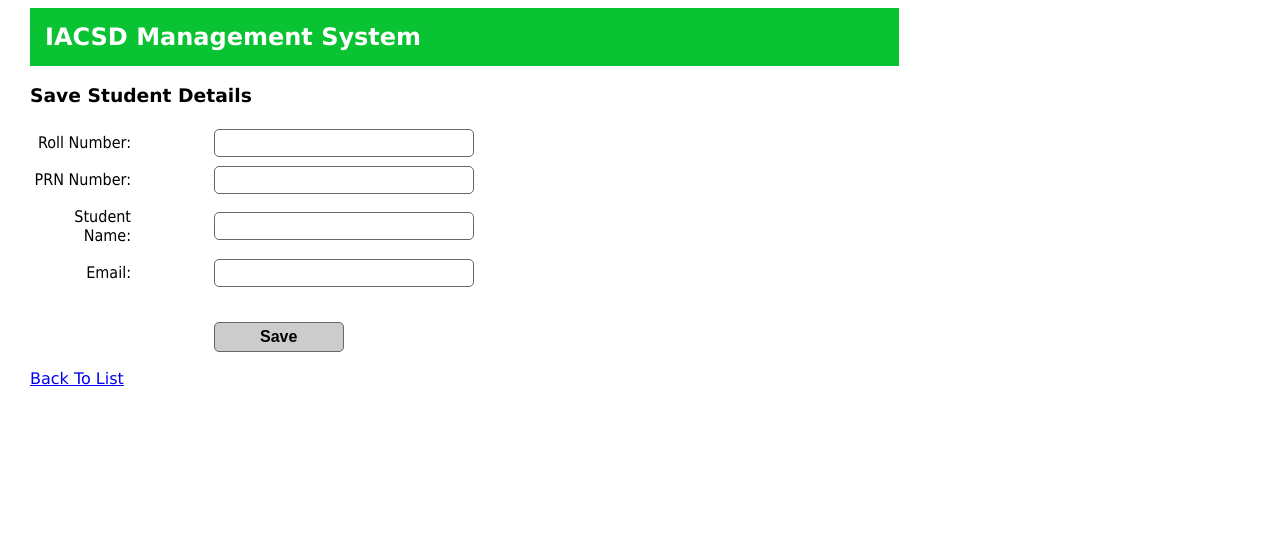
Repository: vsc8791/IMS
Page: http://localhost/web-customer-tracker/WEB-INF/view/student-form.jsp
An editor plug-in stored every save of this project. The page is shown before and after the next save, followed by the edit.
The browser window is 1280 px wide. The pictures show the whole page.
The page is served by Tomcat 9. Nobody is signed in. Other server files are loaded and not shown. The template is opened directly, without the code that normally fills it, so the values that code supplies are empty.

Above is the page before, as saved 2018-07-25 08:25:22.

### web-customer-tracker/WebContent/WEB-INF/view/student-form.jsp
 <%@ taglib prefix="form" uri="http://www.springframework.org/tags/form"%>
<!DOCTYPE html>
<html>
<head>

<title>Save Student</title>
<link type="text/css" rel="stylesheet"
	href="${pageContext.request.contextPath}/resources/css/style.css">

<title>Save Student</title>
<link type="text/css" rel="stylesheet"
	href="${pageContext.request.contextPath}/resources/css/add-customer-style.css">
</head>
<body>
	<div id="wrapper">
		<div id="header">
			<h2>IACSD Management System</h2>
		</div>
	</div>
	<div>
		<h3>Save Student Details</h3>
		<form:form action="saveStudent" modelAttribute="Student"
			method="POST">
			<!-- need to associate this data with Student Id -->
			<form:hidden path="id"/>

			<table>
				<tbody>
				<tr>
						<td><label>Roll Number:</label></td>
						<td><form:input path="roll_number" /></td>
					</tr>

					<tr>
						<td><label>PRN Number:</label></td>
						<td><form:input path="prn_number" /></td>
					</tr>
					<tr>
						<td><label>Student Name:</label></td>
						<td><form:input path="studentName" /></td>
					</tr>
					<tr>
						<td><label>Email:</label></td>
						<td><form:input path="email" /></td>
					</tr>
					<tr>
						<td><label></label></td>
						<td><input type="submit" value="Save" class="save" /></td>
					</tr>
				</tbody>
			</table>
		</form:form>
		<div style="clear;both;"></div>
		<p><a href="${pageContext.request.contextPath}/Student/list">Back To List</a></p>
	</div>

</body>


</html>

### web-customer-tracker/WebContent/resources/css/style.css
html, body{
	margin-left:15px; margin-right:15px;
	padding:0px;
	font-family:Verdana, Arial, Helvetica, sans-serif;
}

table {
	border-collapse:collapse;
	border-bottom:1px solid gray;
	font-family: Tahoma,Verdana,Segoe,sans-serif;
	width:72%;
}

th {
	border-bottom:1px solid gray;
	background:none repeat scroll 0 0 #09c332;
	padding:10px;
	color: #FFFFFF;
}

tr {
	border-top:1px solid gray;
	text-align:center;
}

tr:nth-child(even) {background: #FFFFFF}
tr:nth-child(odd) {background: #BBBBBB}

#wrapper {width: 100%; margin-top: 0px; }
#header {width: 70%; background:#09c332; margin-top: 0px; padding:15px 0px 15px 15px;}
#header h2 {width: 100%; margin:auto; color: #FFFFFF;}
#container {width: 100%; margin:auto}
#container h3 {color: #000;}
#container #content {margin-top: 20px;}

.add-button {
	border: 1px solid #666;
	border-radius: 5px;
	padding: 4px;
	font-size: 12px;
	font-weight: bold;
	width: 120px;
	padding: 5px 10px;

	margin-bottom: 15px;
	background: #cccccc;
}

Loaded but not shown: web-customer-tracker/WebContent/resources/css/add-customer-style.css (common file)

After the next save:
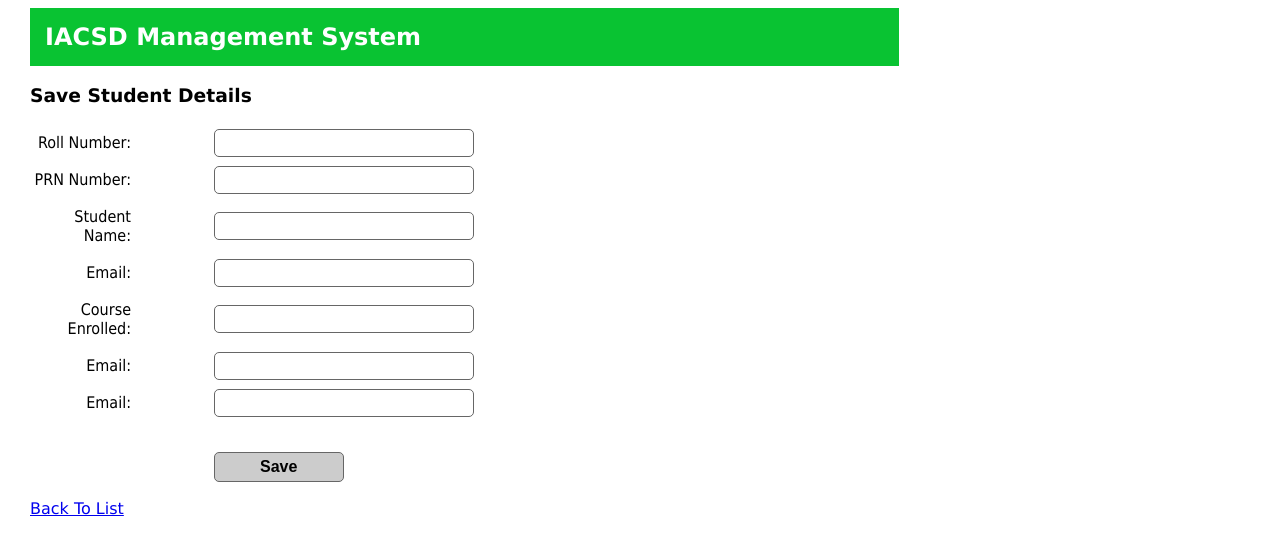
Saved 3 min 26 s later.
--- a/web-customer-tracker/WebContent/WEB-INF/view/student-form.jsp
+++ b/web-customer-tracker/WebContent/WEB-INF/view/student-form.jsp
@@ -44,6 +44,18 @@
 						<td><form:input path="email" /></td>
 					</tr>
 					<tr>
+						<td><label>Course Enrolled:</label></td>
+						<td><form:input path="course_enrolled" /></td>
+					</tr>
+					<tr>
+						<td><label>Email:</label></td>
+						<td><form:input path="degree_course" /></td>
+					</tr>
+					<tr>
+						<td><label>Email:</label></td>
+						<td><form:input path="email" /></td>
+					</tr>
+					<tr>
 						<td><label></label></td>
 						<td><input type="submit" value="Save" class="save" /></td>
 					</tr>
